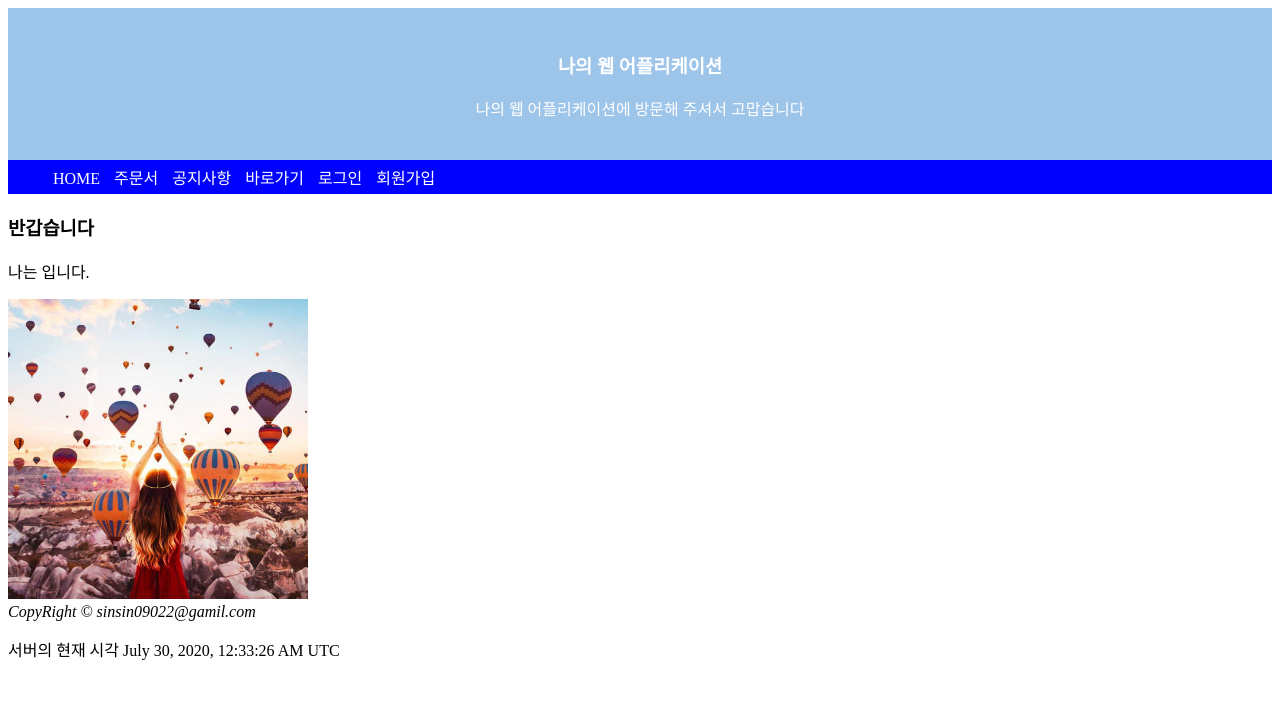
Repository: haetsalshin/Biz_506_2020_07_SpringMVC
Page: http://localhost/SpMVC_001_Order/
An editor plug-in stored every save of this project. The page is shown before and after the next save, followed by the edit.
The browser window is 1280 px wide. The pictures show the whole page.
The page is served by Tomcat 9. The template is opened directly, without the code that normally fills it, so the values that code supplies are empty.

Above is the page before, as saved 2020-07-30 02:11:34.

After the next save:
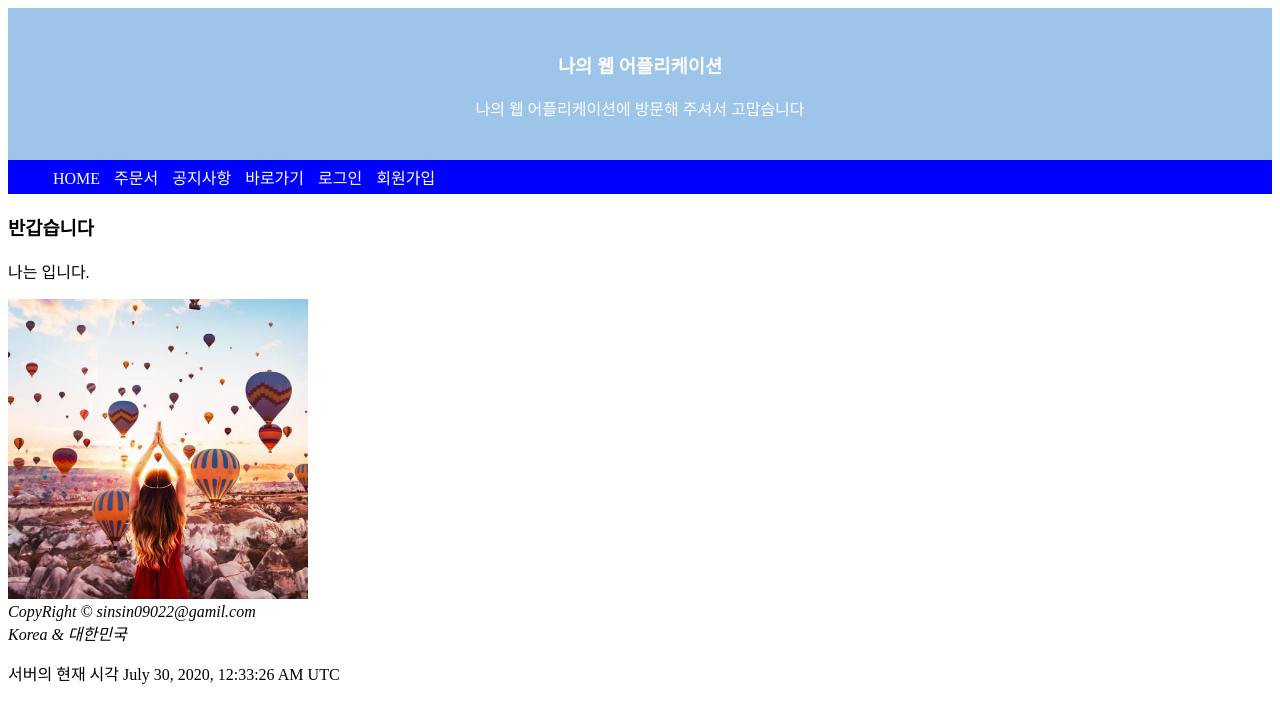
Saved 81 s later.
--- a/SpMVC_001_Order/src/main/webapp/WEB-INF/views/home.jsp
+++ b/SpMVC_001_Order/src/main/webapp/WEB-INF/views/home.jsp
@@ -27,7 +27,9 @@
 
 	</section>
 	<footer>
+		<!-- address라는 태그로 감싸면 이탤릭체로 된다. -->
 		<address>CopyRight &copy; sinsin09022@gamil.com</address>
+		<address>Korea &amp; 대한민국</address>
 	</footer>
 	<p>서버의 현재 시각 ${serverTime}</p>
 </body>
